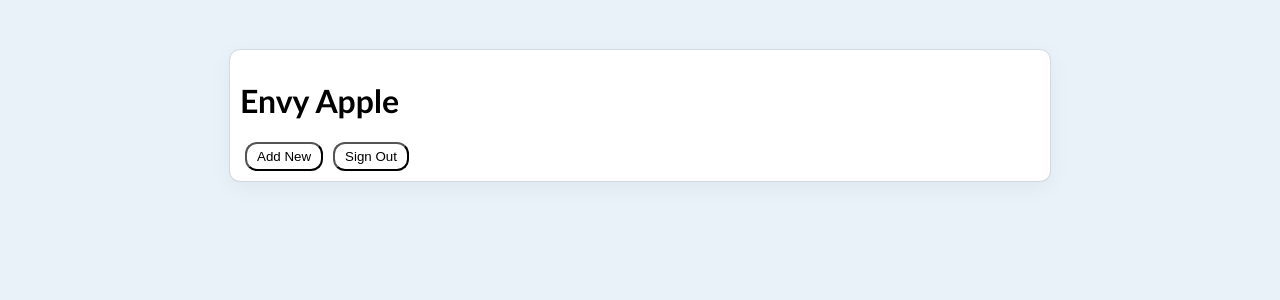
Repository: mosesvk/_todo
Page: / (app in client/)
The author's editor kept a copy of each file at every save. The page is drawn from the files as they stood at one save, then again after the next save.
The browser window is 1280 px wide. The pictures show the whole page.
The project was rebuilt for these pictures with package versions that can differ from the ones it lists, and the page was loaded fresh each time. Also part of the build but not shown: client/vite.config.js.

Above is the page before, as saved 2023-05-01 08:22:38.

### client/src/App.jsx
import ListHeader from './components/ListHeader'

const App = () => {

  return (
    <div className='app'>
      <ListHeader listName='Envy Apple' />
    </div>
  )
}

export default App

### client/src/index.css
body {
    margin: 0;
    padding: 0;
    background-color: rgb(233, 241, 249);
    display: flex;
    justify-content: center;
    font-family: 'Trebuchet MS', Arial, sans-serif
}

.app {
    background-color: rgb(255, 255, 255);
    box-shadow: rgba(0, 0, 0, 0.05) 0 6px 24px, rgba(0, 0, 0, 0.08) 0 0 0 1px;
    border-radius: 10px;
    padding: 10px;
    width: 800px;
    margin: 50px;
}

.button-container {
    display: flex;
    align-items: center;
}

.button-container button {
    margin: 0 5px;
    padding: 5px 10px;
    border-radius: 12px;
    background-color: transparent;
}

### client/src/components/ListHeader.jsx
import React from 'react'

const ListHeader = ({listName}) => {

  const signOut = () => {
    console.log('signout')
  }

  return (
    <div>
      <h1>{listName}</h1>
      <div className="button-container">
        <button className="create">Add New</button>
        <button className="signout" onClick={signOut}>Sign Out</button>
      </div>
    </div>
  )
}

export default ListHeader

Loaded but not shown: client/index.html (common file); client/src/main.jsx (common file)

After the next save:
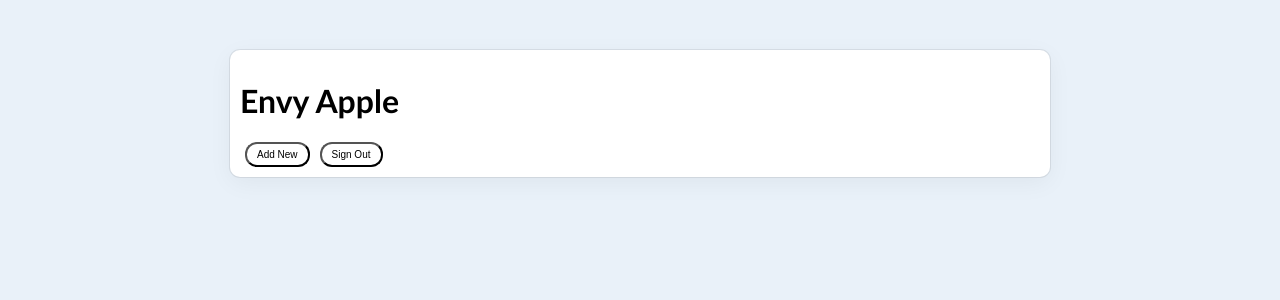
Saved 94 s later.
--- a/client/src/index.css
+++ b/client/src/index.css
@@ -1,15 +1,15 @@
 body {
     margin: 0;
     padding: 0;
-    background-color: rgb(233, 241, 249);
+    background-color: #e9f1f9;
     display: flex;
     justify-content: center;
     font-family: 'Trebuchet MS', Arial, sans-serif
 }
 
 .app {
-    background-color: rgb(255, 255, 255);
-    box-shadow: rgba(0, 0, 0, 0.05) 0 6px 24px, rgba(0, 0, 0, 0.08) 0 0 0 1px;
+    background-color: #ffffff;
+    box-shadow: #0000000d 0 6px 24px, #00000014 0 0 0 1px;
     border-radius: 10px;
     padding: 10px;
     width: 800px;
@@ -24,6 +24,7 @@ body {
 .button-container button {
     margin: 0 5px;
     padding: 5px 10px;
+    font-size: 10px;
     border-radius: 12px;
     background-color: transparent;
 }
